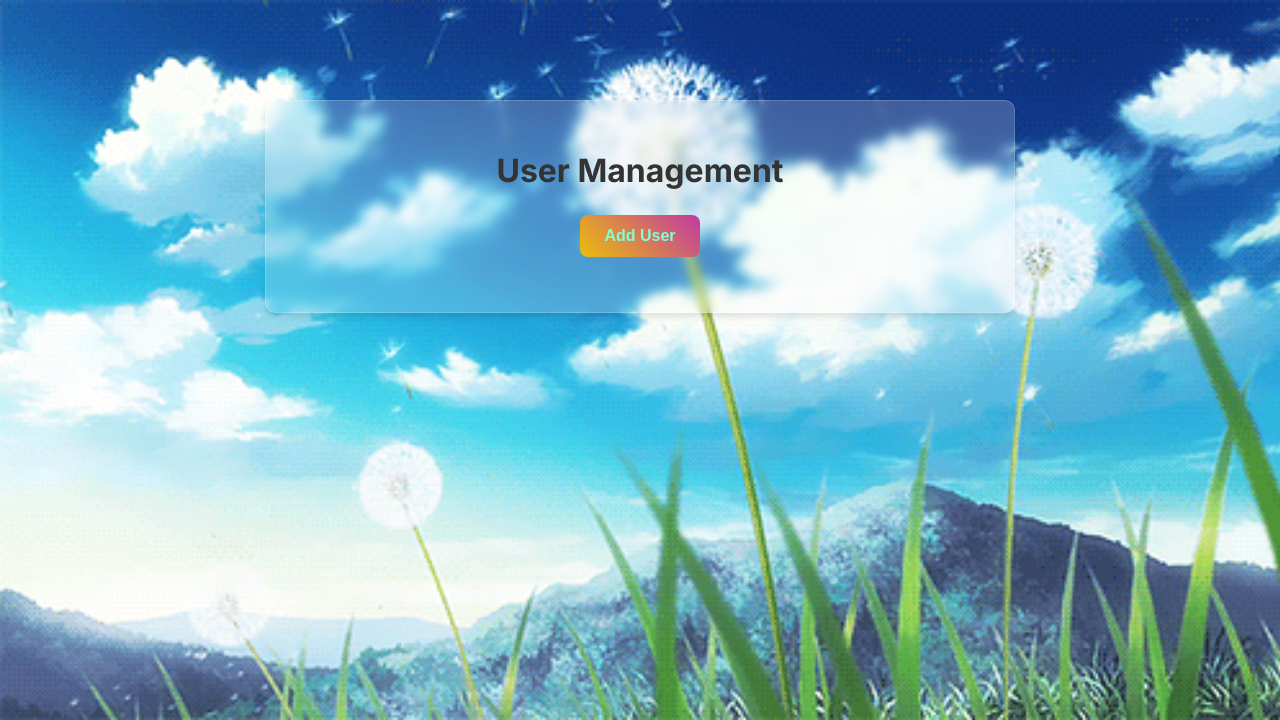
Repository: EeeeeEyyyy/crud-proj
Page: /
An editor plug-in stored every save of this project. The page is shown before and after the next save, followed by the edit.
The browser window is 1280 px wide. The pictures show the whole page.
The page's requests for data from a server got no answer. The project was rebuilt for these pictures with package versions that can differ from the ones it lists, and the page was loaded fresh each time. The framework's server and built-in components were replaced by stand-ins that run in the browser. No one was signed in, and anything a server would have sent is missing. Also part of the build but not shown: next.config.mjs.

Above is the page before, as saved 2024-06-25 08:56:49.

### src/app/page.js
"use client";

import React, { useEffect, useState } from "react";
import axios from "axios";

const Page = () => {
  const [users, setUsers] = useState([]);
  const [isCreateModalOpen, setCreateModalOpen] = useState(false);
  const [isUpdateModalOpen, setUpdateModalOpen] = useState(false);
  const [isDeleteModalOpen, setDeleteModalOpen] = useState(false);
  const [selectedUser, setSelectedUser] = useState(null);
  const [newUser, setNewUser] = useState({ name: "", email: "" });

  useEffect(() => {
    fetchUsers();
  }, []);

  const fetchUsers = async () => {
    try {
      const response = await axios.get(
        "https://jsonplaceholder.typicode.com/users"
      );
      setUsers(response.data);
    } catch (error) {
      console.error("Error fetching users:", error);
    }
  };

  const addUser = async () => {
    try {
      const response = await axios.post(
        "https://jsonplaceholder.typicode.com/users",
        newUser
      );
      setUsers([...users, response.data]);
      setCreateModalOpen(false);
    } catch (error) {
      console.error("Error adding user:", error);
    }
  };

  const updateUser = async (id) => {
    try {
      const response = await axios.put(
        `https://jsonplaceholder.typicode.com/users/${id}`,
        selectedUser
      );
      setUsers(users.map((user) => (user.id === id ? response.data : user)));
      setUpdateModalOpen(false);
    } catch (error) {
      console.error("Error updating user:", error);
    }
  };

  const deleteUser = async (id) => {
    try {
      await axios.delete(`https://jsonplaceholder.typicode.com/users/${id}`);
      setUsers(users.filter((user) => user.id !== id));
      setDeleteModalOpen(false);
    } catch (error) {
      console.error("Error deleting user:", error);
    }
  };

  const openCreateModal = () => {
    setNewUser({ name: "", email: "" });
    setCreateModalOpen(true);
  };

  const closeCreateModal = () => {
    setCreateModalOpen(false);
  };

  const openUpdateModal = (user) => {
    setSelectedUser(user);
    setUpdateModalOpen(true);
  };

  const closeUpdateModal = () => {
    setSelectedUser(null);
    setUpdateModalOpen(false);
  };

  const openDeleteModal = (user) => {
    setSelectedUser(user);
    setDeleteModalOpen(true);
  };

  const closeDeleteModal = () => {
    setSelectedUser(null);
    setDeleteModalOpen(false);
  };

  const handleGoToHome = () => {
    router.push("/");
  };

  return (
    <div className="container">
      <h1>User Management</h1>
      <div className="Add-me">
        <button
          onClick={openCreateModal}
          className="glassButton-add"
          id="add-n"
        >
          Add User
        </button>
      </div>
      <ul>
        {users.map((user) => (
          <li key={user.id}>
            {user.name} - {user.email}
            <div className="buttones">
              {" "}
              <button
                onClick={() => openUpdateModal(user)}
                className="glassButton"
                id="update-n"
              >
                Update
              </button>
              <button
                onClick={() => openDeleteModal(user)}
                className="glassButton"
                id="delete-n"
              >
                Delete
              </button>
            </div>
          </li>
        ))}
      </ul>
      {isCreateModalOpen && (
        <div className="modalOverlay">
          <div className="modal">
            <h2>Add User</h2>
            <input
              type="text"
              placeholder="Name"
              value={newUser.name}
              onChange={(e) => setNewUser({ ...newUser, name: e.target.value })}
            />
            <input
              type="email"
              placeholder="Email"
              value={newUser.email}
              onChange={(e) =>
                setNewUser({ ...newUser, email: e.target.value })
              }
            />
            <button onClick={addUser} className="glassButton">
              Add
            </button>
            <button onClick={closeCreateModal} className="closeButton">
              Close
            </button>
          </div>
        </div>
      )}
      {isUpdateModalOpen && selectedUser && (
        <div className="modalOverlay">
          <div className="modal">
            <h2>Update User</h2>
            <input
              type="text"
              placeholder="Name"
              value={selectedUser.name}
              onChange={(e) =>
                setSelectedUser({ ...selectedUser, name: e.target.value })
              }
            />
            <input
              type="email"
              placeholder="Email"
              value={selectedUser.email}
              onChange={(e) =>
                setSelectedUser({ ...selectedUser, email: e.target.value })
              }
            />
            <button
              onClick={() => updateUser(selectedUser.id)}
              className="glassButton"
            >
              Update
            </button>
            <button onClick={closeUpdateModal} className="closeButton">
              Close
            </button>
          </div>
        </div>
      )}
      {isDeleteModalOpen && selectedUser && (
        <div className="modalOverlay">
          <div className="modal">
            <h2>Are you sure you want to delete {selectedUser.name}?</h2>
            <button
              onClick={() => deleteUser(selectedUser.id)}
              className="glassButton"
            >
              Yes
            </button>
            <button onClick={closeDeleteModal} className="closeButton">
              No
            </button>
          </div>
        </div>
      )}
    </div>
  );
};
export default Page;

### src/app/globals.css
* {
  box-sizing: border-box;
  padding: 0;
  margin: 0;
}
html,
body {
  max-width: 100vw;
  overflow-x: hidden;
  background: url(g.gif);
  background-size: cover;
  height: 100%;
  margin: 0;
  padding: 0;
  font-family: Georgia, "Times New Roman", Times, serif;
}
a {
  color: inherit;
  text-decoration: none;
}
.main {
  display: flex;
  flex-direction: column;
  justify-content: space-between;
  align-items: center;
  padding: 6rem;
  min-height: 100vh;
}
.description {
  display: inherit;
  justify-content: inherit;
  align-items: inherit;
  font-size: 0.85rem;
  max-width: var(--max-width);
  width: 100%;
  z-index: 2;
  font-family: var(--font-mono);
}
.description a {
  display: flex;
  justify-content: center;
  align-items: center;
  gap: 0.5rem;
}
.description p {
  position: relative;
  margin: 0;
  padding: 1rem;
  background-color: rgba(var(--callout-rgb), 0.5);
  border: 1px solid rgba(var(--callout-border-rgb), 0.3);
  border-radius: var(--border-radius);
}
.code {
  font-weight: 700;
  font-family: var(--font-mono);
}
.grid {
  display: grid;
  grid-template-columns: repeat(4, minmax(25%, auto));
  max-width: 100%;
  width: var(--max-width);
}
.card {
  padding: 1rem 1.2rem;
  border-radius: var(--border-radius);
  background: rgba(var(--card-rgb), 0);
  border: 1px solid rgba(var(--card-border-rgb), 0);
  transition: background 200ms, border 200ms;
}
.card span {
  display: inline-block;
  transition: transform 200ms;
}

.card h2 {
  font-weight: 600;
  margin-bottom: 0.7rem;
}
.card p {
  margin: 0;
  opacity: 0.6;
  font-size: 0.9rem;
  line-height: 1.5;
  max-width: 30ch;
  text-wrap: balance;
}
.center {
  display: flex;
  justify-content: center;
  align-items: center;
  position: relative;
  padding: 4rem 0;
}
.center::before {
  background: var(--secondary-glow);
  border-radius: 50%;
  width: 480px;
  height: 360px;
  margin-left: -400px;
}
.center::after {
  background: var(--primary-glow);
  width: 240px;
  height: 180px;
  z-index: -1;
}
.center::before,
.center::after {
  content: "";
  left: 50%;
  position: absolute;
  filter: blur(45px);
  transform: translateZ(0);
}
.logo {
  position: relative;
}
/* Enable hover only on non-touch devices */
@media (hover: hover) and (pointer: fine) {
  .card:hover {
    background: rgba(var(--card-rgb), 0.1);
    border: 1px solid rgba(var(--card-border-rgb), 0.15);
  }
  .card:hover span {
    transform: translateX(4px);
  }
}
@media (prefers-reduced-motion) {
  .card:hover span {
    transform: none;
  }
}
/* Mobile */
@media (max-width: 700px) {
  .content {
    padding: 4rem;
  }
  .grid {
    grid-template-columns: 1fr;
    margin-bottom: 120px;
    max-width: 320px;
    text-align: center;
  }
  .card {
    padding: 1rem 2.5rem;
  }

  .card h2 {
    margin-bottom: 0.5rem;
  }

  .center {
    padding: 8rem 0 6rem;
  }

  .center::before {
    transform: none;
    height: 300px;
  }

  .description {
    font-size: 0.8rem;
  }

  .description a {
    padding: 1rem;
  }

  .description p,
  .description div {
    display: flex;
    justify-content: center;
    position: fixed;
    width: 100%;
  }

  .description p {
    align-items: center;
    inset: 0 0 auto;
    padding: 2rem 1rem 1.4rem;
    border-radius: 0;
    border: none;
    border-bottom: 1px solid rgba(var(--callout-border-rgb), 0.25);
    background: linear-gradient(
      to bottom,
      rgba(var(--background-start-rgb), 1),
      rgba(var(--callout-rgb), 0.5)
    );
    background-clip: padding-box;
    backdrop-filter: blur(24px);
  }

  .description div {
    align-items: flex-end;
    pointer-events: none;
    inset: auto 0 0;
    padding: 2rem;
    height: 200px;
    background: linear-gradient(
      to bottom,
      transparent 0%,
      rgb(var(--background-end-rgb)) 40%
    );
    z-index: 1;
  }
}

/* Tablet and Smaller Desktop */
@media (min-width: 701px) and (max-width: 1120px) {
  .grid {
    grid-template-columns: repeat(2, 50%);
  }
}

@media (prefers-color-scheme: dark) {
  .vercelLogo {
    filter: invert(1);
  }

  .logo {
    filter: invert(1) drop-shadow(0 0 0.3rem #ffffff70);
  }
}

@keyframes rotate {
  from {
    transform: rotate(360deg);
  }
  to {
    transform: rotate(0deg);
  }
}

h1 {
  font-size: 2em;
  margin-bottom: 20px;
  color: #333;
}

/* Glass Button Styles */
.glassButton {
  background: rgba(255, 255, 255, 0.2);
  border: none;
  padding: 12px 24px;
  font-size: 16px;
  color: #7f0c0c;
  cursor: pointer;
  outline: none;
  transition: background-color 0.3s ease, transform 0.3s ease;
  backdrop-filter: blur(5px);
  border-radius: 8px;
  margin: 5px;
  display: flex;
  flex-direction: row;
  align-items: center;
}

.glassButton:hover {
  background: rgba(255, 255, 255, 0.3);
  transform: scale(1.05);
}

/* Modal Styles */
.modalOverlay {
  position: fixed;
  top: 0;
  left: 0;
  right: 0;
  bottom: 0;
  background-color: rgba(0, 0, 0, 0.5);
  display: flex;
  justify-content: center;
  align-items: center;
  z-index: 1000;
}

.modal {
  background: rgba(255, 255, 255, 0.8);
  padding: 20px;
  border-radius: 8px;
  width: 400px;
  max-width: 90%;
  box-shadow: 0 4px 6px rgba(0, 0, 0, 0.1);
  backdrop-filter: blur(10px);
  position: relative;
}

.closeButton {
  background: rgba(255, 255, 255, 0.5);
  padding: 8px;
  border-radius: 50%;
  border: none;
  font-size: 20px;
  cursor: pointer;
  position: absolute;
  top: 10px;
  right: 10px;
  transition: background-color 0.3s ease;
}

.closeButton:hover {
  background: rgba(255, 255, 255, 0.8);
}

/* List Styles */
ul {
  list-style-type: none;
  padding: 0;
}

li {
  display: flex;
  justify-content: space-between;
  align-items: center;
  padding: 10px;
  border-bottom: 1px solid rgba(0, 0, 0, 0.1);
  color: #333;
}

/* Input Styles */
input {
  display: block;
  width: calc(100% - 20px);
  margin: 10px 0;
  padding: 10px;
  border: 1px solid rgba(0, 0, 0, 0.1);
  border-radius: 4px;
  font-size: 16px;
}
.container {
  max-width: 750px;
  margin: 100px auto;
  padding: 50px;
  background: rgba(255, 255, 255, 0.2);
  border: 1px solid rgba(255, 255, 255, 0.18);
  border-radius: 10px;
  backdrop-filter: blur(5px);
  box-shadow: 0 4px 6px rgba(0, 0, 0, 0.1);
  text-align: center;
}
h1 {
  font-size: 2em;
  margin-bottom: 20px;
  color: #333;
}
.glassButton {
  display: flex;
  flex-direction: row;
  align-items: center;
  gap: 30px;
  background: rgba(255, 255, 255, 0.2);
  border: none;
  padding: 12px 24px;
  font-size: 16px;
  color: #333;
  cursor: pointer;
  outline: none;
  transition: background-color 0.3s ease, transform 0.3s ease;
  backdrop-filter: blur(5px);
  border-radius: 8px;
  margin: 5px;
}
.glassButton-add {
  display: flex;
  flex-direction: row;
  align-items: center;
  gap: 30px;
  background: #17f3ff33;
  border: none;
  padding: 12px 24px;
  font-size: 16px;
  color: #333;
  cursor: pointer;
  outline: none;
  transition: background-color 0.3s ease, transform 0.3s ease;
  backdrop-filter: blur(5px);
  border-radius: 8px;
  margin: 5px;
}
.glassButton:hover {
  background: rgba(255, 255, 255, 0.3);
  transform: scale(1.05);
}
.modalOverlay {
  position: fixed;
  top: 0;
  left: 0;
  right: 0;
  bottom: 0;
  background-color: rgba(0, 0, 0, 0.5);
  display: flex;
  justify-content: center;
  align-items: center;
  z-index: 1000;
  size: 50px;

  border-radius: 1%;
}
.modal {
  background: rgba(255, 255, 255, 0.8);
  padding: 20px;
  border-radius: 8px;
  width: 400px;
  max-width: 90%;
  box-shadow: 0 4px 6px rgba(0, 0, 0, 0.1);
  backdrop-filter: blur(10px);
  position: fixed;
}
.closeButton {
  background: rgba(255, 255, 255, 0.5);
  padding: 8px;
  border-radius: 50%;
  border: none;
  font-size: 20px;
  cursor: pointer;
  position: absolute;
  top: 10px;
  right: 10px;
  transition: background-color 0.3s ease;
}
.closeButton:hover {
  background: rgba(255, 255, 255, 0.8);
}
ul {
  list-style-type: none;
  padding: 0;
}
li {
  display: flex;
  justify-content: space-between;
  align-items: center;
  padding: 10px;
  border-bottom: 1px solid rgba(0, 0, 0, 0.1);
  color: #333;
}
input {
  display: block;
  width: calc(100% - 20px);
  margin: 10px 0;
  padding: 10px;
  border: 1px solid rgba(0, 0, 0, 0.1);
  border-radius: 4px;
  font-size: 16px;
}
.Add-me {
  text-align: center;
  display: flex;
  justify-content: center;
}

.buttones {
  display: flex;
  justify-content: space-between;
}
#delete-n {
  background: linear-gradient(45deg, rgb(255, 0, 0), rgba(54, 6, 78, 0.441));
  font-weight: bold;
  color: rgb(7, 0, 107);
}
#update-n {
  background: linear-gradient(45deg, rgb(182, 4, 247), rgb(18, 161, 111));
  font-weight: bold;
  color: beige;
}
#add-n {
  font-weight: bold;
  background: linear-gradient(45deg, rgb(235, 190, 9), rgb(193, 57, 163));
  color: aquamarine;
}

Loaded but not shown: src/app/layout.js (common file)

After the next save:
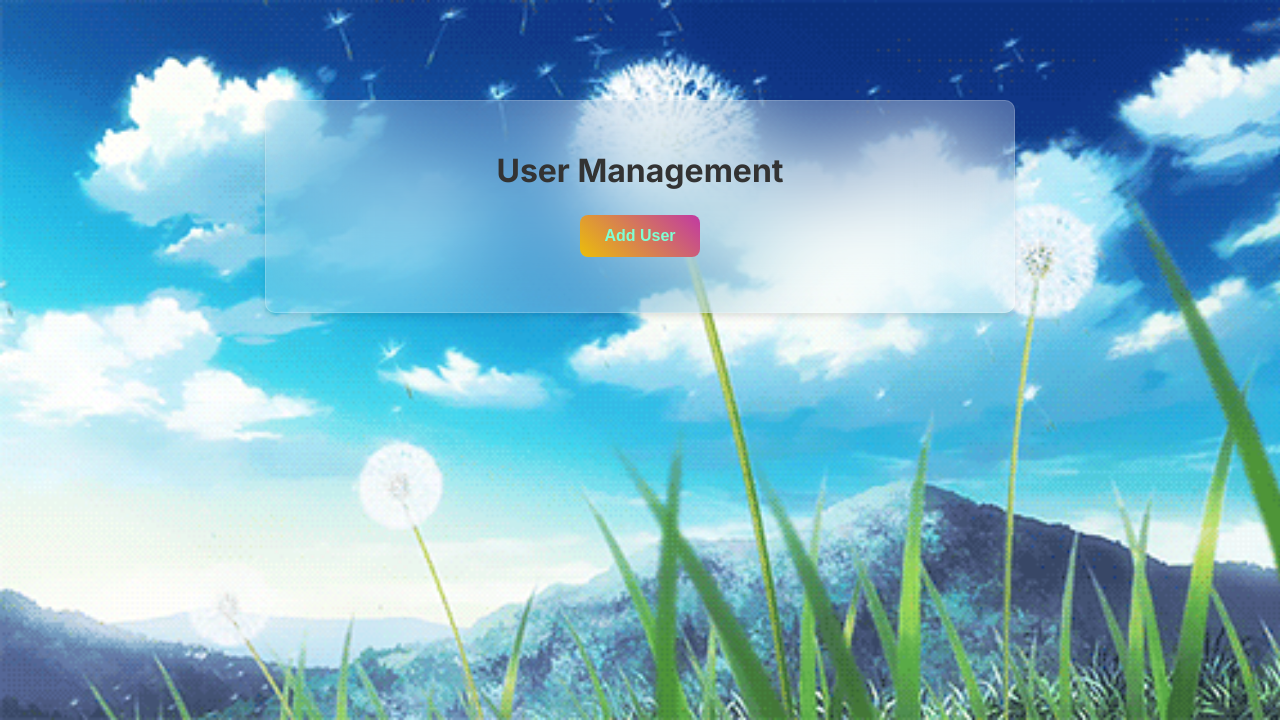
Saved 6 s later.
--- a/src/app/globals.css
+++ b/src/app/globals.css
@@ -334,7 +334,7 @@ input {
   background: rgba(255, 255, 255, 0.2);
   border: 1px solid rgba(255, 255, 255, 0.18);
   border-radius: 10px;
-  backdrop-filter: blur(5px);
+  backdrop-filter: blur(50px);
   box-shadow: 0 4px 6px rgba(0, 0, 0, 0.1);
   text-align: center;
 }
